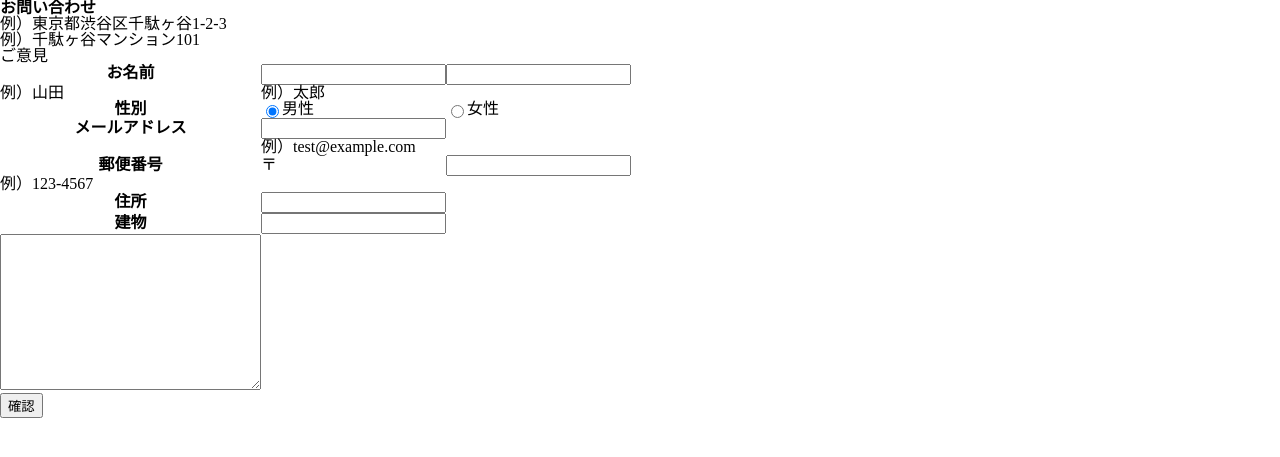
Repository: 1000sky/20220728majima
Page: http://localhost/contact
An editor plug-in stored every save of this project. The page is shown before and after the next save, followed by the edit.
The browser window is 1280 px wide. The pictures show the whole page.
The page is served by the project's Laravel application, run on PHP 8.4 with Laravel 8. Other server files are loaded and not shown. Queries for data that is not in the repository find no rows.

Above is the page before, as saved 2022-07-28 00:05:49.

### advance-test/routes/web.php
<?php

use Illuminate\Support\Facades\Route;
use App\Http\Controllers\ContactController;

/*
|--------------------------------------------------------------------------
| Web Routes
|--------------------------------------------------------------------------
|
| Here is where you can register web routes for your application. These
| routes are loaded by the RouteServiceProvider within a group which
| contains the "web" middleware group. Now create something great!
|
*/

/*Route::get('/', function () {
    return view('welcome');
});*/

Route::get('/', [ContactController::class, 'index']);
Route::post('/', [ContactController::class, 'post']);

Route::get('/contact', [ContactController::class, 'contact']);
Route::post('/create', [ContactController::class, 'create']);


Route::get('/confirmation',[ContactController::class, 'confirmation']);

Route::get('/management', [ContactController::class, 'page']);

### advance-test/app/Http/Controllers/ContactController.php
<?php

namespace App\Http\Controllers;

use Illuminate\Http\Request;
use App\Http\Requests\ClientRequest;
use App\Models\Contact;

class ContactController extends Controller
{
    public function index(Request $request)
    {
        return view('contact');
    }

    public function post(ClientRequest $request)
    {
        return view('contact');
    }

    public function contact()
    {
        $items = Contact::all();
        return view('contact', ['items' => $items]);
    }

    public function create(Request $request)
    {
        $this->validate($request, Contact::$rules);
        $form = $request->all();
        Contact::create($form);
        return redirect('/create');
    }


    //confirmation
    public function confirmation()
    {
        $items = Contact::all();
        return view('confirmation', ['items' => $items]);
    }

    //management
    public function management()
    {
        $items = Contact::all();
        return view('management', ['items' => $items]);
    }
    public function search(Request $request)
    {
        $item = Contact::where('name','gender','created_at','LIKE BINARY',"%{$request->input}%")->get();
        $param = [
            'input' => $request->input,
            'item' => $item
        ];
        return view('management', $param);
    }

    public function page()
    {
        $items = Contact::Paginate(10);
        return view('management', ['items' => $items]);
    }

}

### advance-test/app/Models/Contact.php
<?php

namespace App\Models;

use Illuminate\Database\Eloquent\Factories\HasFactory;
use Illuminate\Database\Eloquent\Model;

class Contact extends Model
{
    use HasFactory;

    protected $fillable = ['fullname', 'gender', 'email','postcode','address','building_name','opinion'];

    public static $rules = array(
        'fullname' => 'required',
        'gender' => 'required',
        'email' => 'required|email',
        'postcode' => 'required|max:8|/^[a-zA-Z0-9\-]+$/u',
        'address' => 'required|regex:/^[a-zA-Z0-9]+$/',
        'building-name' => 'regex:/^[a-zA-Z0-9]+$/',
        'opinion' => 'required|max:120',
    );
}

### advance-test/resources/views/contact.blade.php
<!DOCTYPE html>
<html lang="ja">
<head>
    <meta charset="UTF-8">
    <meta name="viewport" content="width=device-width, initial-scale=1.0">
    <meta http-equiv="X-UA-Compatible" content="ie=edge">
    <title>Advance-Test</title>
    <link rel="stylesheet" href="css/reset.css" />
    <link rel="stylesheet" href="css/contact.css" />
</head>
<body>
    <h1>お問い合わせ</h1>

    @if (count($errors) > 0)
    <ul>
      @foreach ($errors->all() as $error)
        <li>{{$error}}</li>
      @endforeach
    </ul>
    @endif

    <form action="/create" method="POST">

      <table>
        @csrf
        <tr>
           <th><label>お名前</label></th>

           <td><input type="text" name="fullname"></td><td><input type="text" name="fullname"></td>
        </tr>
        <tr>
           <td><p>例）山田</p></td> <td><p>例）太郎</p></td>
        </tr>

        @if ($errors->has('fullname'))
        <tr>
          <th>ERROR</th>
          <td>
            {{$errors->first('fullname')}}
          </td>
        </tr>
        @endif

        <tr>
        <th><label>性別 </label></th>
        <td><input type="radio" name="gender" checked="checked"><label for="">男性</label></td>
        <td><input type="radio" name="gender"><label for="">女性</label></td>
        </tr>

        @if ($errors->has('gender'))
        <tr>
          <th>ERROR</th>
          <td>
            {{$errors->first('gender')}}
          </td>
        </tr>
        @endif

        <tr>
          <th><label for="">メールアドレス</label></th>
          <td><input type="text"><P>例）test@example.com</P></th>
        </tr>

        @if ($errors->has('email'))
        <tr>
          <th>ERROR</th>
          <td>
            {{$errors->first('email')}}
          </td>
        </tr>
        @endif

        <tr>
          <th><label for="">郵便番号</label></th>
          <td><div>〒</div></td><td><input type="text"></td>
        </tr>
        <tr>
          <td><p>例）123-4567</p></td>
        </tr>


        <tr>
           <th><label for="">住所</label></th>
           <td><input type="text" style="ime-mode:disabled;"></td>
        </tr>
        <tr>
           <p>例）東京都渋谷区千駄ヶ谷1-2-3</p>
        </tr>

        <tr>
         <th><label for="">建物</label></th>
         <td><input type="text"></td>
        </tr>

        <tr>
         <p>例）千駄ヶ谷マンション101</p>
        </tr>

        <tr><label for="">ご意見</label></tr>
        <td><textarea name="opinion" cols="30" rows="10"></textarea></td>


      </table>


        <button type="submit">確認</button>
 {{--       <!--同じページでリンク先が開く-->
<input type="button" value="リンク" onClick="location.href='http://google.com'">

 <!--新しいタブでリンク先が開く-->
<input type="button" value="リンク" onClick="window.open('http://google.com')">
--}}


{{-- <FORM>
    テキストボックス
    <input type="text" value="" onInput="checkForm(this)">

    テキストエリア
    <textarea rows="2" onInput="checkForm(this)"></textarea>
    </FORM>

    <script type="text/javascript">
    <!--
    function checkForm($this)
    {
        var str=$this.value;
        while(str.match(/[^A-Z^a-z\d\-]/))
        {
            str=str.replace(/[^A-Z^a-z\d\-]/,"");
        }
        $this.value=str;
    }
    //-->
    </script>

    --}}

    </form>


</body>
</html>

Loaded but not shown: advance-test/app/Http/Controllers/Controller.php (common file); advance-test/public/css/reset.css (common file)

After the next save:
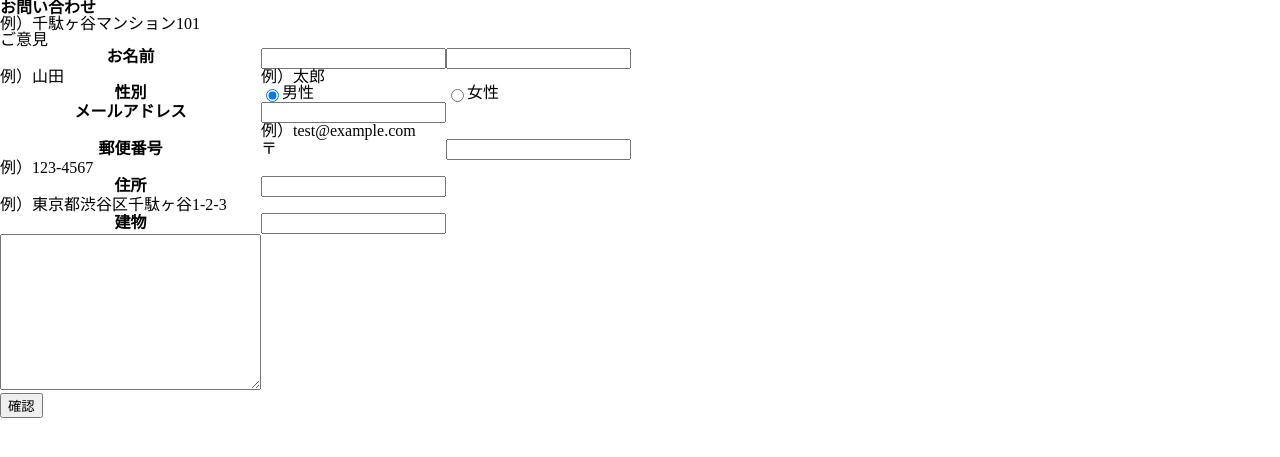
Saved 91 s later.
--- a/advance-test/resources/views/contact.blade.php
+++ b/advance-test/resources/views/contact.blade.php
@@ -84,7 +84,7 @@
            <td><input type="text" style="ime-mode:disabled;"></td>
         </tr>
         <tr>
-           <p>例）東京都渋谷区千駄ヶ谷1-2-3</p>
+           <td><p>例）東京都渋谷区千駄ヶ谷1-2-3</p></td>
         </tr>
 
         <tr>
